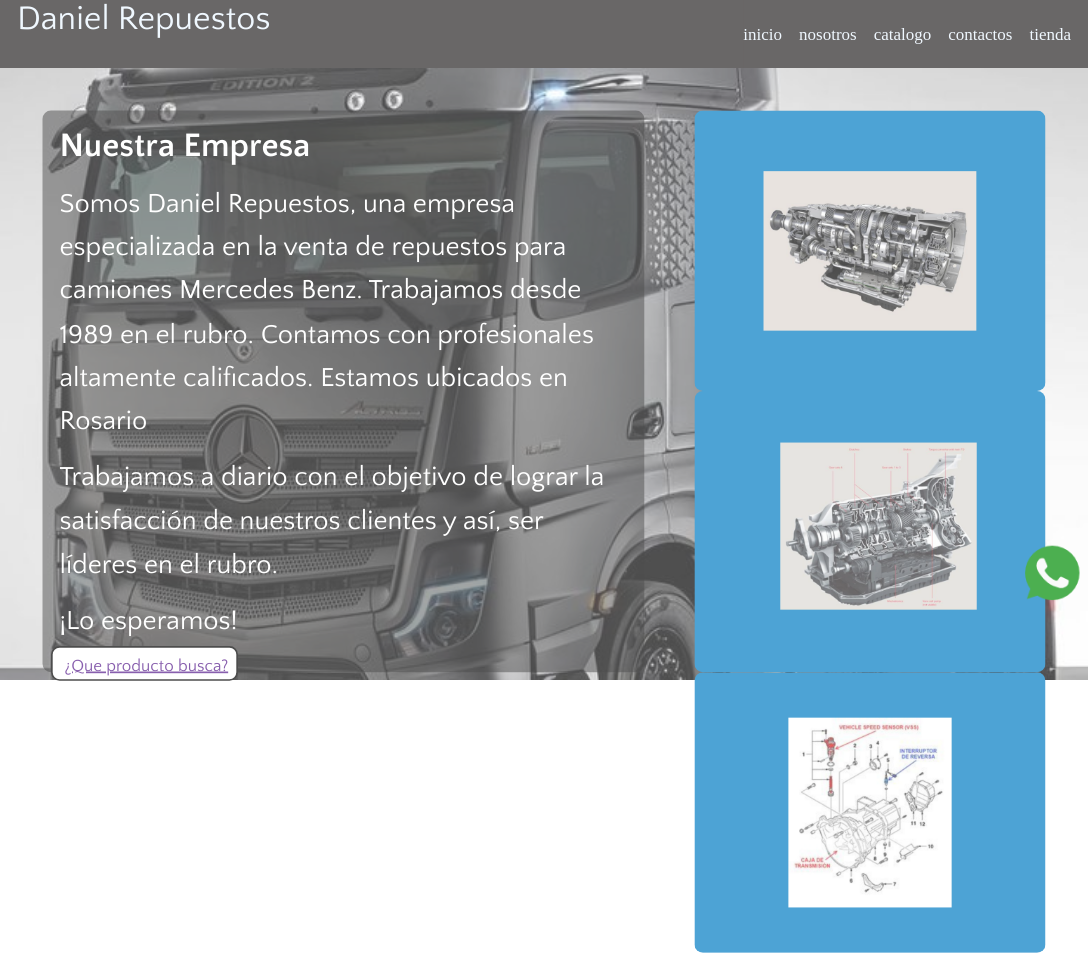
Repository: minesterani/proyecto-caja
Page: pages/nosotros.html
The author's editor kept a copy of each file at every save. The page is drawn from the files as they stood at one save, then again after the next save.
The browser window is 1280 px wide. The pictures show the whole page, at 85% of full size.

Above is the page before, as saved 2024-09-18 16:50:10.

### pages/nosotros.html
<!DOCTYPE html>
<html lang="en">
<head>
    <meta charset="UTF-8">
    <meta name="viewport" content="width=device-width, initial-scale=1.0">
    <title>Document</title>
    <link rel="preconnect" href="https://fonts.googleapis.com">
<link rel="preconnect" href="https://fonts.gstatic.com" crossorigin>
<link href="https://fonts.googleapis.com/css2?family=Quattrocento+Sans:ital,wght@0,400;0,700;1,400;1,700&display=swap" rel="stylesheet">
    <link rel="stylesheet" href="../css/style.css">
</head>
<body>
    <header class="header-nosotros">
        <h1>Daniel Repuestos</h1>
        <nav>
            <ul class="navNos">
                <li><a href="../index.html">inicio</a></li>
                <li><a href="#">nosotros</a></li>
                <li><a href="./catalogo.html">catalogo</a></li>
                <li><a href="./contactos.html">contactos</a></li>
                <li><a href="./tienda.html">tienda</a></li>
            </ul>
        </nav>
    </header>
    <main>
        <section class="section-nosotros">
            <div class="container-nosotros">
                <div class="texto-nosotros">
                    <h2>Nuestra Empresa</h2>
                    <p>Somos Daniel Repuestos, una empresa especializada en la venta de repuestos para camiones Mercedes Benz. Trabajamos desde 1989 en el rubro. Contamos con profesionales altamente calificados. Estamos ubicados en Rosario</p>
                    <p>Trabajamos a diario con el objetivo de lograr la satisfacción de nuestros clientes y así, ser líderes en el rubro.</p>
                    <p>¡Lo esperamos!</p>
            </div>
            <div class="imagenes-nosotros">
                <img src="../assets/img/1.png" alt="nuestra empresa">
                <img src="../assets/img/2.png" alt="nuestra empresa">
                <img src="../assets/img/3.png" alt="nuestra empresa">
            </div>
        </div>
        <a href="" class="boton">¿Que producto busca?</a>

        </section>
    </main>
    <footer>
        <a class="whatsapp-nosotros"href="https://wa.me/3416513963" target="_blank">
            <img src="../assets/img/whatsapp.png" alt="">
        </a>
    </footer>

</body>
</html>

### css/style.css
/* Estilo global */
* {
    margin: 0;
    padding: 0;
    box-sizing: border-box;
}

h1 {
    background-color: rgb(105, 103, 103);
    width: 100%;
    height: 80px;
    font-size: 40px;
    color: aliceblue;
    font-family: "Quattrocento Sans", sans-serif;
    font-weight: 400;
    font-style: normal;
}

/* Header */
.header-index, .header-tienda, .header-catalogo, .header-contactos, .header-nosotros {
    display: flex;
    width: 100%;
    flex-direction: row;
    background-color: rgb(105, 103, 103);
    justify-content: space-between;
    align-items: center;
    padding: 0px 20px;
    position: sticky;
    top: 0;
}

/* Navegación */
.navBar, .navtienda, .nav-catalogo, .nav-Contactos, .navNos {
    display: flex;
    list-style-type: none;
    gap: 20px;
}

.navBar li a, .navtienda li a, .nav-catalogo li a, .nav-Contactos li a, .navNos li a {
    text-decoration: none;
    color: aliceblue;
    font-size: 20px;
}

/* Sección Principal */
.section-principal {
    background-color: lightblue;
    width: 100%;
    height: 25rem;
    background-image: url("../assets/img/mercedes gris.jpeg");
    background-position: center;
    background-size: cover;
    background-repeat: no-repeat;
}

/* Botón */
.boton {
    background-color: white;
    font-size: 1.25rem;
    padding: 10px 10px 5px 14px;
    border-width: 2px;
    border-style: solid;
    border-color: black;
    border-radius: 10px;
    position: fixed;
    margin: 10px;
}

/* Sección de Contactos */
.section-contactos, .section-tienda, .section-catalogos, .section-nosotros {
    background-color: lightblue;
    width: 100%;
    height: 25rem;
    background-image: url("../assets/img/mercedes gris.jpeg");
    background-position: center;
    background-size: cover;
    background-repeat: no-repeat;
    opacity: 0.3;
}

.section-nosotros {
    position: relative;
    padding: 50px;
    background-image: url("../assets/img/mercedes\ gris.jpeg");
    background-size: cover;
    background-position: center;
    background-repeat: no-repeat;
    opacity: 0.7;
    color: white;
    font-family: "Quattrocento Sans", sans-serif;
    height: 100vh;
}

.container-nosotros {
    display: flex;
    justify-content: space-between;
    align-items: flex-start;
    height: 100%;
    max-width: 1200px;
    margin: 0 auto;
}

.texto-nosotros {
    width: 60%;
    padding: 20px;
    background-color: rgba(0, 0, 0, 0.5);
    border-radius: 10px;
    color: white;
}

.texto-nosotros h2 {
    margin-bottom: 20px;
    font-size: 2.5rem;
}

.texto-nosotros p {
    margin-bottom: 15px;
    font-size: 2rem;
    line-height: 1.6;
}

.imagenes-nosotros {
    width: 35%;
    display: flex;
    flex-direction: column;
    gap: 10;
}

.imagenes-nosotros img {
    width: 100%;
    height: auto;
    border-radius: 10px;
    object-fit: cover;

}

/* Footer */
.footer-content {
    background-color: #f4f4f4;
    padding: 20px;
    margin-top: 0;
    clear: both;
}

.columns {
    display: flex;
    justify-content: space-between;
    align-items: flex-start;
    margin-bottom: 0;
    padding: 20px 0;
}

.left-column, .right-column {
    width: 48%;
}

.left-column iframe {
    width: 100%;
    height: 300px;
    border: 0;
}

.right-column {
    padding-left: 20px;
    text-align: center;
    padding-top: 20px;
}

.right-column h3, .right-column p {
    margin: 10px 0;
}

.footer-bottom {
    text-align: center;
    padding: 10px 0;
    border-top: 1px solid #ccc;
}

.footer-bottom p {
    margin: 5px 0;
}

/* Estilos específicos para WhatsApp */
.whatsapp, .whatsapp-contactos, .whatsapp-tienda, .whatsapp-nosotros, .whatsapp-catalogo {
    position: fixed;
    bottom: 10px;
    right: 10px;
}

/* Media Queries */
@media(max-width: 1024px) {
    .header-index, .header-tienda {
        justify-content: space-around;
    }
}

@media(max-width: 768px) {
    h1 {
        background-color: rgba(197, 193, 193, 0.555);
        height: 80px;
        font-size: 40px;
        padding: 10px;
    }

    .header-index, .header-tienda, .header-catalogo, .header-contactos, .header-nosotros {
        flex-direction: column;
        background-color: gray;
        font-size: 30px;
        padding: 10px;
        align-items: center;
        justify-content: center;
        gap: 30px;
    }

    .navBar, .navtienda, .nav-catalogo, .nav-Contactos, .navNos {
        padding-bottom: .875rem;
    }

    .navBar li a, .navtienda li a, .nav-catalogo li a, .nav-Contactos li a, .navNos li a {
        font-size: 1.5rem;
    }

    .section-principal, .section-tienda, .section-catalogos, .section-contactos, .section-nosotros {
        background-image: url("../assets/img/caja 2.jpg");
        background-size: 100% 100%;
    }

    .container-nosotros {
        flex-direction: column;
        align-items: center;
    }

    .imagenes-nosotros {
        width: 100%;
        display: flex;
        justify-content: center;
        flex-direction: column;
    }

    .imagenes-nosotros img {
        max-height: 300px;
    }

    .texto-nosotros {
        width: 100%;
        text-align: center;
    }
}

@media(max-width: 425px) {
    .navBar, .navtienda, .nav-catalogo, .nav-Contactos, .navNos {
        flex-direction: column;
    }

    .grid {
        grid-template-columns: 1fr;
        grid-auto-rows: 200px;
        grid-template-areas:
            "img1"
            "img2"
            "img3"
            "img4"
            "img5"
            "img6"
            "img7"
            "img8";
    }

    .grid img {
        width: 100%;
        height: auto;
        object-fit: cover;
    }

    .columns {
        flex-direction: column;
        align-items: center;
    }

    .left-column, .right-column {
        width: 100%;
        padding: 0;
    }

    .right-column {
        padding-top: 20px;
    }
}

After the next save:
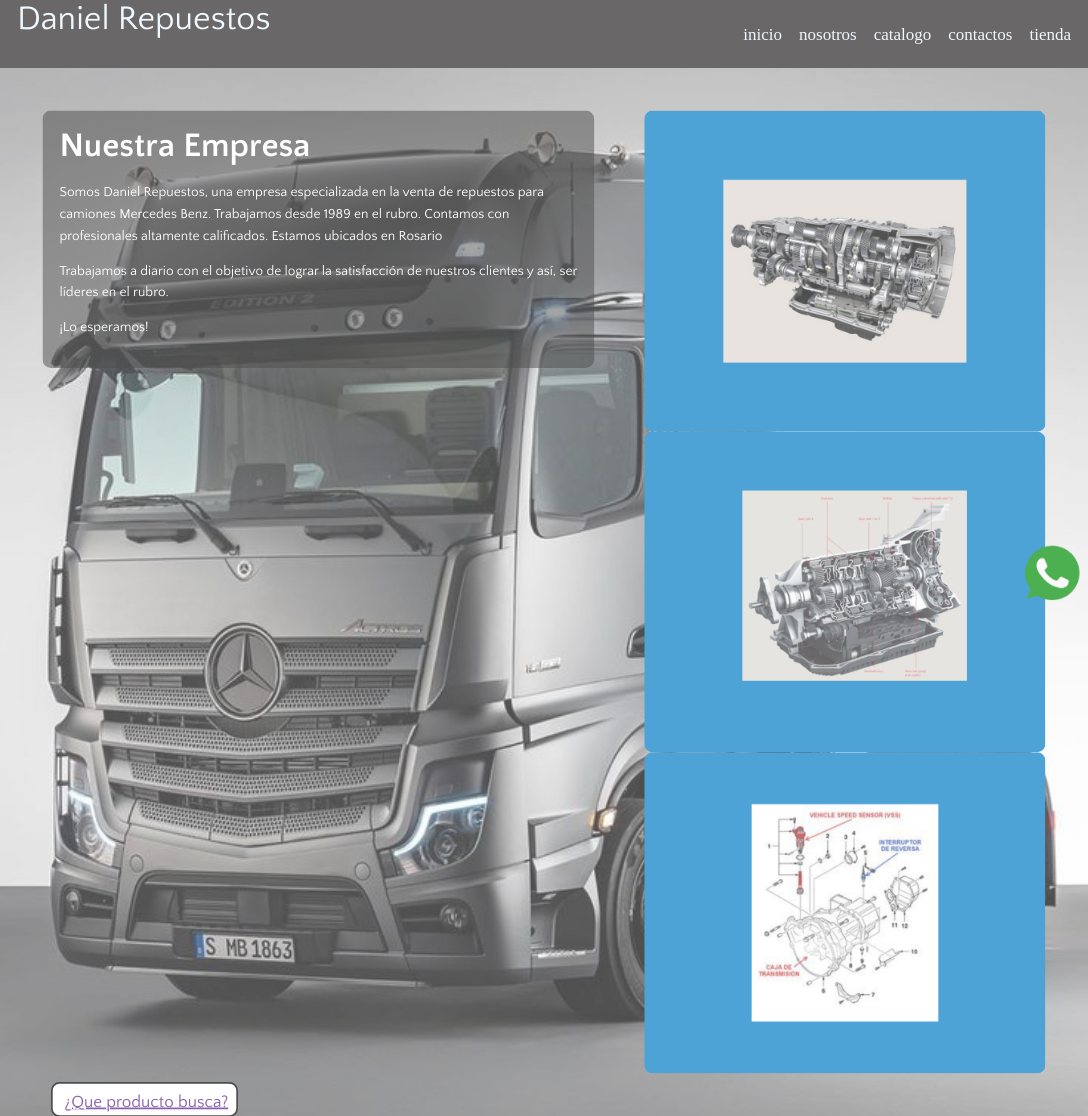
Saved 5 min 27 s later.
--- a/css/style.css
+++ b/css/style.css
@@ -88,24 +88,25 @@
     opacity: 0.7;
     color: white;
     font-family: "Quattrocento Sans", sans-serif;
-    height: 100vh;
+    height: auto;
 }
 
 .container-nosotros {
     display: flex;
     justify-content: space-between;
     align-items: flex-start;
-    height: 100%;
     max-width: 1200px;
     margin: 0 auto;
+    overflow: hidden;
 }
 
 .texto-nosotros {
-    width: 60%;
+    width: 55%;
     padding: 20px;
     background-color: rgba(0, 0, 0, 0.5);
     border-radius: 10px;
     color: white;
+    overflow: hidden;
 }
 
 .texto-nosotros h2 {
@@ -115,15 +116,16 @@
 
 .texto-nosotros p {
     margin-bottom: 15px;
-    font-size: 2rem;
+    font-size: 1,2rem;
     line-height: 1.6;
 }
 
 .imagenes-nosotros {
-    width: 35%;
+    width: 40%;
     display: flex;
     flex-direction: column;
     gap: 10;
+    align-items: flex-start;
 }
 
 .imagenes-nosotros img {
